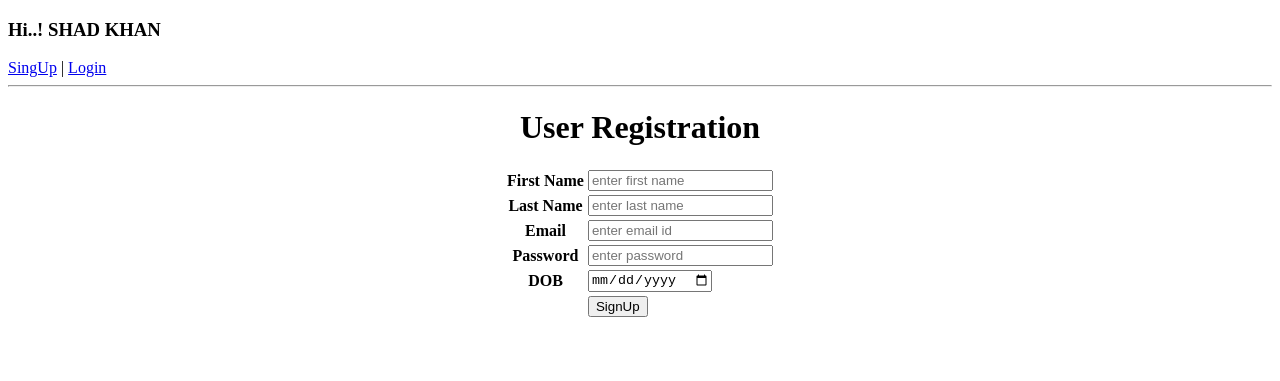
Repository: shadkhan8815/Advance-java
Page: http://localhost/Web-Project/UserRegistrationView.jsp
These files come from the project's save history. The page is drawn as it stood at one moment and after the next save; the edit follows.
The browser window is 1280 px wide. The pictures show the whole page.
The page is served by Tomcat 9. Other server files are loaded and not shown.

Above is the page before, as saved 2025-04-23 18:23:06.

### Web-Project/WebContent/UserRegistrationView.jsp
<%@ page language="java" contentType="text/html; charset=ISO-8859-1"
	pageEncoding="ISO-8859-1"%>
<!DOCTYPE html>
<html>
<head>
<meta charset="ISO-8859-1">
<title>Insert title here</title>
</head>
<body>
	<%@ include file="Header.jsp"%>
	<h1 align="center">User Registration</h1>

	<%
		String msg = (String) request.getAttribute("msg");
	%>

	<%
		if (msg != null) {
	%>
	<h3 align="center"><%=msg%></h3>
	<%
		}
	%>

	<form action="UserRegistrationCtl" method="post">
		<center>
			<table>
				<tr>
					<th>First Name</th>
					<td><input type="text" name="firstName"
						placeholder="enter first name"></td>
				</tr>

				<tr>
					<th>Last Name</th>
					<td><input type="text" name="lastName"
						placeholder="enter last name"></td>
				</tr>

				<tr>
					<th>Email</th>
					<td><input type="email" name="loginId"
						placeholder="enter email id"></td>
				</tr>

				<tr>
					<th>Password</th>
					<td><input type="password" name="password"
						placeholder="enter password"></td>
				</tr>

				<tr>
					<th>DOB</th>
					<td><input type="date" name="dob"></td>
				</tr>

				<tr>
					<th></th>
					<td><input type="submit" value="SignUp" name="operation"></td>
				</tr>
			</table>
		</center>

	</form>

</body>
</html>

### Web-Project/WebContent/Header.jsp
<%@ page language="java" contentType="text/html; charset=ISO-8859-1"
	pageEncoding="ISO-8859-1"%>
<!DOCTYPE html>
<html>
<head>
<meta charset="ISO-8859-1">
<title>Insert title here</title>
</head>
<body>
	<h3>Hi..! SHAD KHAN</h3>
	<a href="UserRegistrationCtl">SingUp</a> |
	<a href="LoginCtl">Login</a>
	<hr>
</body>
</html>

After the next save:
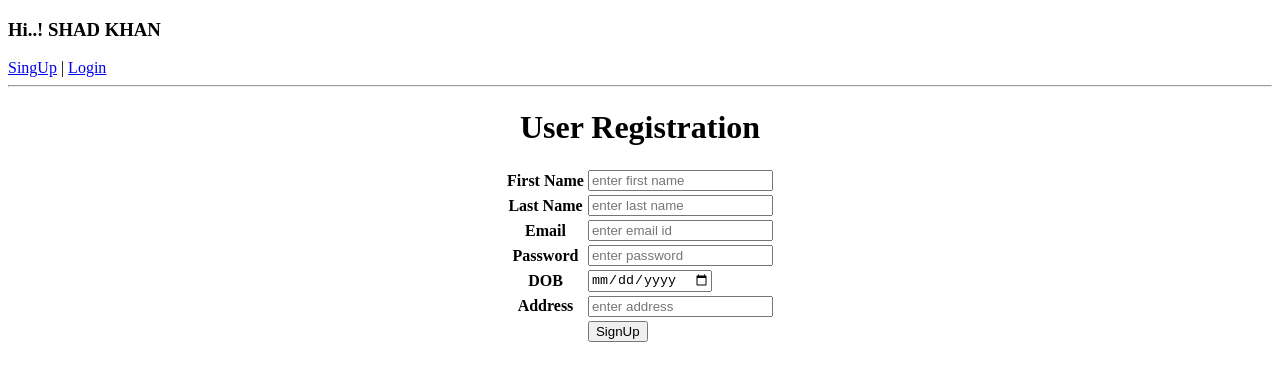
Saved 97 s later.
--- a/Web-Project/WebContent/UserRegistrationView.jsp
+++ b/Web-Project/WebContent/UserRegistrationView.jsp
@@ -53,6 +53,11 @@
 					<th>DOB</th>
 					<td><input type="date" name="dob"></td>
 				</tr>
+				<tr>
+					<th>Address</th>
+					<td><input type="address" name="address"
+						placeholder="enter address"></td>
+				</tr>
 
 				<tr>
 					<th></th>
